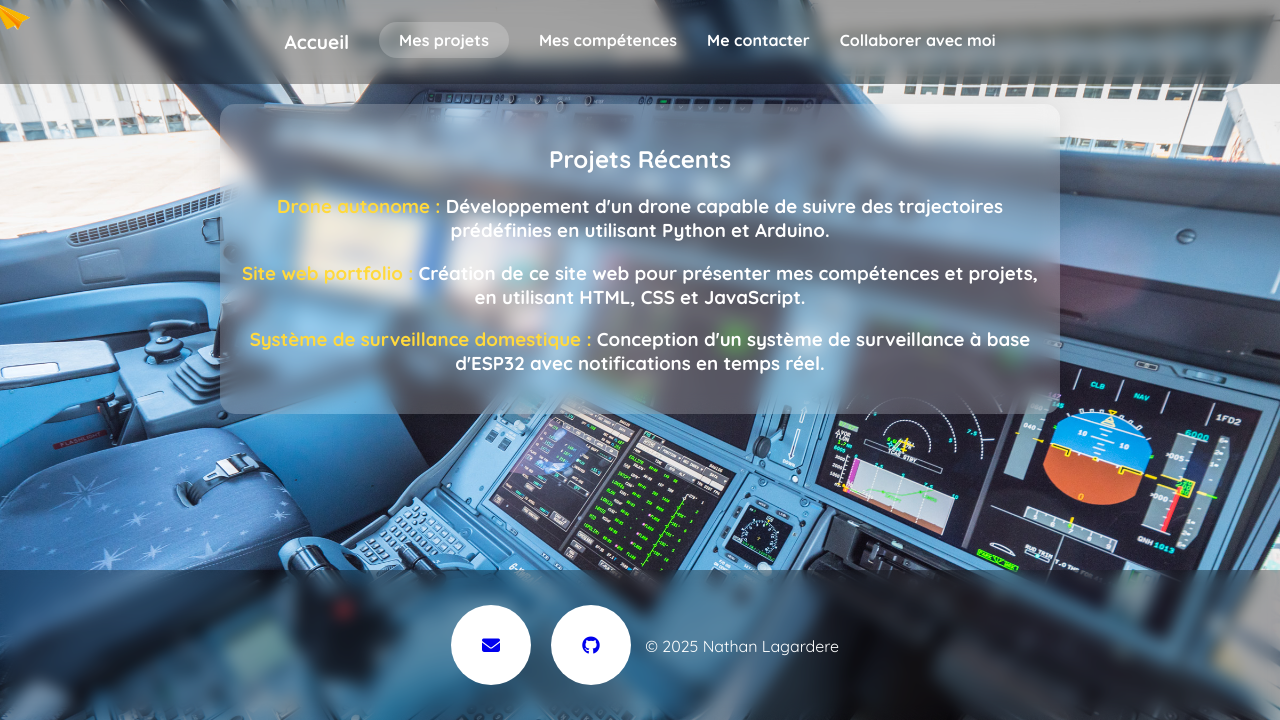
Repository: nlagardere/myportfolio
Page: projects.html
An editor plug-in stored every save of this project. The page is shown before and after a run of saves, followed by the edit.
The browser window is 1280 px wide. The pictures show the whole page.

Above is the page before, as saved 2025-09-06 10:58:38.

### projects.html
<!DOCTYPE html>
<html lang="fr">
<head>
  <meta charset="UTF-8">
  <meta name="viewport" content="width=device-width, initial-scale=1.0">
  <title>Portfolio</title>

  <link href="https://fonts.googleapis.com/css2?family=Exo+2:wght@400;700&family=Quicksand:wght@400;700&display=swap" rel="stylesheet">
  <link rel="stylesheet" href="https://cdnjs.cloudflare.com/ajax/libs/font-awesome/6.5.0/css/all.min.css">

  <style>
    html{
      scroll-behavior: smooth;
      cursor: none;
    }

    body {
      font-family: 'Quicksand', sans-serif;
      margin: 0;
      padding: 0;
      min-height: 100vh;
      display: flex;
      flex-direction: column;
      background: url('a350.jpg') no-repeat center center;
      background-size: cover;
      color: #fff;

    }

    header {
      text-align: center;
      padding: 30px 20px;
      background: rgba(0,0,0,0.3);
      backdrop-filter: blur(8px);
    }

    .glasscard, .competences {
      background: rgba(255, 255, 255, 0.2);
      border-radius: 15px;
      padding: 20px;
      margin: 20px auto;
      max-width: 800px;
      backdrop-filter: blur(10px);
      box-shadow: 0 4px 30px rgba(0,0,0,0.1);
      text-align: center;
      animation: zoomPop 1s ease forwards;
      color: white;
    }

    .highlight {
      color: #FFD93D;
      font-weight: bold;
    }

    @keyframes zoomPop {
      0% { opacity: 0; transform: scale(0.1) translateZ(-800px); }
      60% { opacity: 1; transform: scale(1.2) translateZ(50px); }
      80% { transform: scale(0.95) translateZ(0); }
      100% { opacity: 1; transform: scale(1) translateZ(0); }
    }

    .wrapper {
      display: inline-flex;
      justify-content: center;
      list-style: none;
      padding: 20px 0;
      margin: 0 auto;
    }

    .wrapper .icon {
      position: relative;
      background: #ffffff;
      border-radius: 50%;
      padding: 15px;
      margin: 0 10px;
      width: 50px;
      height: 50px;
      font-size: 18px;
      display: flex;
      justify-content: center;
      align-items: center;
      cursor: pointer;
      transition: all 0.2s cubic-bezier(0.68, -0.55, 0.265, 1.55);
    }

    .wrapper .tooltip {
      position: absolute;
      bottom: 100%;
      left: 50%;
      transform: translateX(-50%) translateY(-10px);
      font-size: 14px;
      background: #333;
      color: #fff;
      padding: 5px 8px;
      border-radius: 5px;
      opacity: 0;
      pointer-events: none;
      white-space: nowrap;
      transition: all 0.3s cubic-bezier(0.68, -0.55, 0.265, 1.55);
      z-index: 10;
    }

    .wrapper .tooltip::before {
      content: "";
      position: absolute;
      top: 100%;
      left: 50%;
      transform: translateX(-50%) rotate(45deg);
      width: 8px;
      height: 8px;
      background: #333;
    }

    .wrapper .icon:hover .tooltip {
      opacity: 1;
      pointer-events: auto;
      transform: translateX(-50%) translateY(-15px);
    }

    .wrapper .mail:hover,
    .wrapper .mail:hover .tooltip,
    .wrapper .mail:hover .tooltip::before {
      background: #00CED1;
      color: #fff;
    }

    .wrapper .github:hover,
    .wrapper .github:hover .tooltip,
    .wrapper .github:hover .tooltip::before {
      background: #333333;
      color: #fff;
    }

    .footer{
      text-align: center;
      padding: 15px 20px;
      background: rgba(0,0,0,0.3);
      backdrop-filter: blur(8px);
      color: white;
      margin-top: auto;
    }

    .navbar ul {
      list-style: none;
      padding: 0;
      margin: 0;
      display: flex;
      justify-content: center;
      gap: 30px;
      flex-wrap: wrap;
    }
    .navbar ul li {
      display: inline;
    }
    .navbar ul li a {
      text-decoration: none;
      color: white;
      font-weight: bold;
      transition: color 0.3s;
    }
    .navbar ul li a:hover {
      color: #FFD93D;
    }

    .navbar .accueil a {
      font-size: 1.2em;
      font-weight: bold;
      color: #ffffff;
    }
    .navbar .accueil a:hover {
      color: #FFD93D;
    }

    .projets-wrapper {
      background: rgba(255, 255, 255, 0.2);
      backdrop-filter: blur(10px);
      padding: 8px 20px;
      border-radius: 25px;
      color: #fff;
      font-weight: bold;
      transition: all 0.3s ease;
    }

    .projets-wrapper:hover {
      background: rgba(255, 255, 255, 0.4);
      transform: scale(1.05);
      color: #FFD93D;
    }

    #mouse {
  position: fixed;
  top: 0;
  left: 0;
  width: 64px;
  height: 64px;
  background: url('cursor.png') no-repeat center center;
  background-size: contain;
  pointer-events: none; /* pour que le curseur ne bloque pas les clics */
  transform: translate(-50%, -50%);
  z-index: 9999;
  transform: translate(-35%, -25%);
  pointer-events: none;
}




    @media (max-width: 600px) {
      .letter-block .letter {
        font-size: 2.5em;
      }
    }

  </style>
</head>
<body>
  <div id="mouse"></div>
  <header>
    <nav class="navbar">
      <ul>
        <li class="accueil">
          <a href="index - Copie.html">Accueil</a>
        </li>
        <li><a href="projects.html" class="projets-wrapper">Mes projets</a></li>
        <li><a href="competences.html">Mes compétences</a></li>
        <li><a href="contact.html">Me contacter</a></li>
        <li><a href="collaborate.html">Collaborer avec moi</a></li>
      </ul>
    </nav>
  </header>

 <div calss="projects">
    <div class="glasscard">
      <h2>Projets Récents</h2>
      <h3><span class="highlight">Drone autonome :</span> Développement d'un drone capable de suivre des trajectoires prédéfinies en utilisant Python et Arduino.</h3>
      <h3><span class="highlight">Site web portfolio :</span> Création de ce site web pour présenter mes compétences et projets, en utilisant HTML, CSS et JavaScript.</h3>
      <h3><span class="highlight">Système de surveillance domestique :</span> Conception d'un système de surveillance à base d'ESP32 avec notifications en temps réel.</h3>
    </div>
  </div>


  <div class="footer">
    <ul class="wrapper">
      <li class="icon mail">
        <a href="mailto:nathan.lagardere@gmail.com" target="_blank">
          <span class="tooltip">Mail</span>
          <i class="fas fa-envelope"></i>
        </a>
      </li>
      <li class="icon github">
        <a href="https://github.com/nlagardere" target="_blank">
          <span class="tooltip">Github</span>
          <i class="fab fa-github"></i>
        </a>
      </li>
    </ul>
    © 2025 Nathan Lagardere
  </div>

  <script>
    const mouse = document.querySelector('#mouse')
    window.addEventListener('mousemove', (e) => {
      mouse.style.top = e.pageY + 'px'
      mouse.style.left = e.pageX + 'px'
    })
  </script>
</body>
</html>

After the next 7 saves:
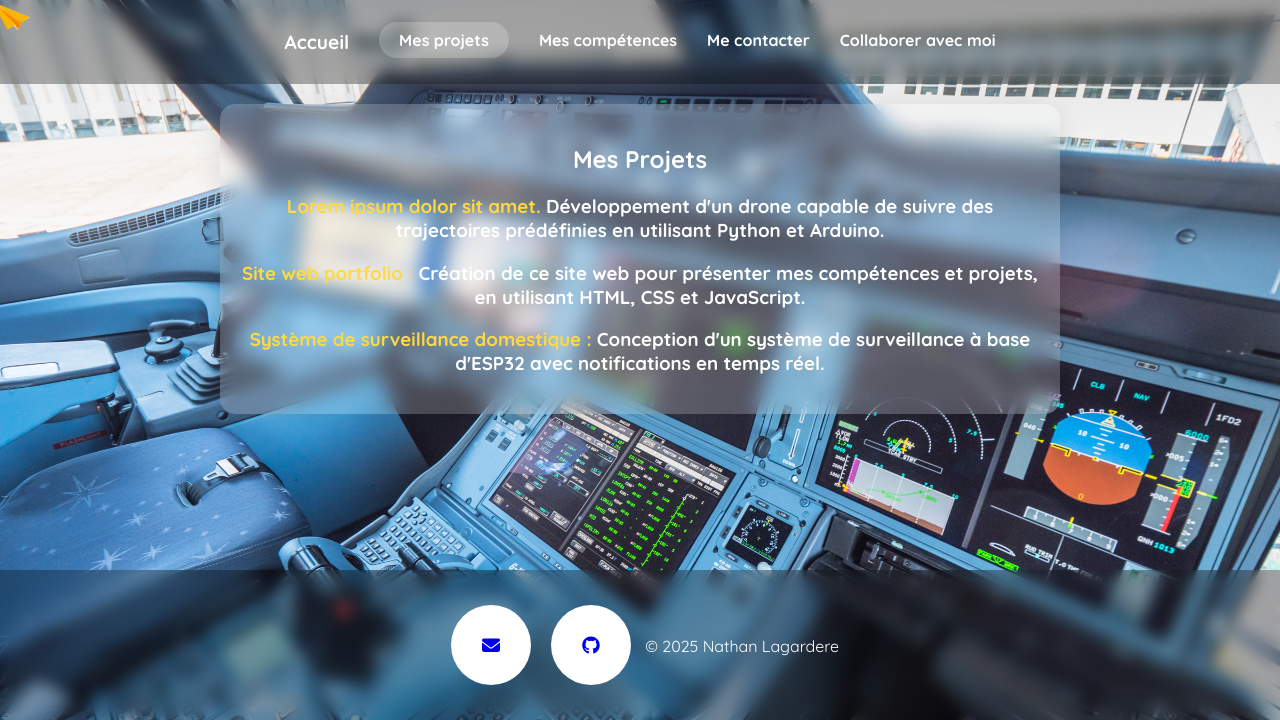
The 7 saves are shown as one change because they came seconds apart.
The last was saved 22 s later.
--- a/projects.html
+++ b/projects.html
@@ -231,8 +231,8 @@
 
  <div calss="projects">
     <div class="glasscard">
-      <h2>Projets Récents</h2>
-      <h3><span class="highlight">Drone autonome :</span> Développement d'un drone capable de suivre des trajectoires prédéfinies en utilisant Python et Arduino.</h3>
+      <h2>Mes Projets</h2>
+      <h3><span class="highlight">Lorem ipsum dolor sit amet.</span> Développement d'un drone capable de suivre des trajectoires prédéfinies en utilisant Python et Arduino.</h3>
       <h3><span class="highlight">Site web portfolio :</span> Création de ce site web pour présenter mes compétences et projets, en utilisant HTML, CSS et JavaScript.</h3>
       <h3><span class="highlight">Système de surveillance domestique :</span> Conception d'un système de surveillance à base d'ESP32 avec notifications en temps réel.</h3>
     </div>
